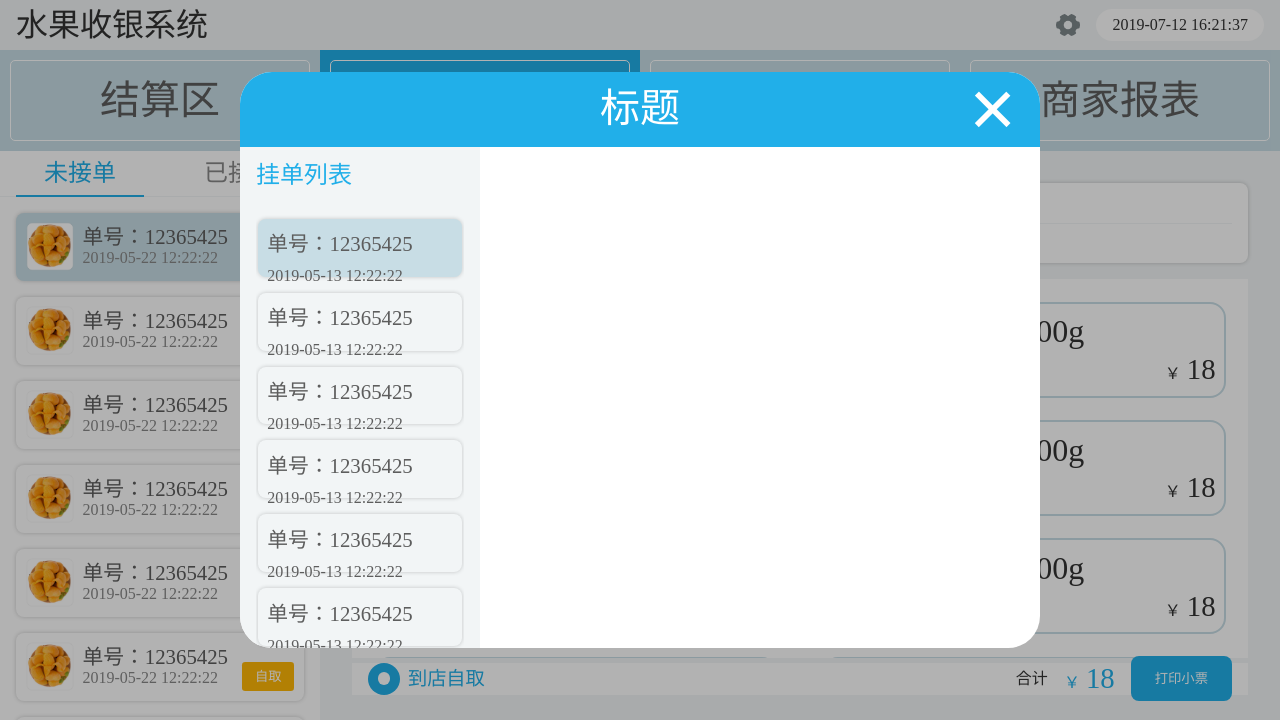
Repository: missing-star/fruit
Page: index.html
These files come from the project's save history. The page is drawn as it stood at one moment and after the next save; the edit follows.
The browser window is 1280 px wide. The pictures show the whole page.
An inner scrolling area shows only its first screen.

Above is the page before, as saved 2019-07-15 10:35:36.

### index.html
<!DOCTYPE html>
<html lang="en">

<head>
    <meta charset="UTF-8">
    <meta name="viewport" content="width=device-width, initial-scale=1.0">
    <meta http-equiv="X-UA-Compatible" content="ie=edge">
    <title>水果收银系统</title>
    <link rel="stylesheet" href="./css/index.css">
</head>

<body>
    <div id="app">
        <header class="title-bar">
            <p class="title">水果收银系统</p>
            <div class="right-part-show">
                <img src="./images/setting.png" alt="设置" class="setting-icon">
                <p class="show-current-time">{{currentTime}}</p>
            </div>
        </header>
        <ul class="category-tab">
            <li class="category-item" :class="{active:currentIndex == 0}" @click="switchTab(0)">
                <p class="category-title">结算区</p>
            </li>
            <li class="category-item" :class="{active:currentIndex == 1}" @click="switchTab(1)">
                <p class="category-title">线上订单</p>
            </li>
            <li class="category-item" :class="{active:currentIndex == 2}" @click="switchTab(2)">
                <p class="category-title">线下订单</p>
            </li>
            <li class="category-item" :class="{active:currentIndex == 3}" @click="switchTab(3)">
                <p class="category-title">商家报表</p>
            </li>
        </ul>
        <!-- 结算区 -->
        <div v-show="currentIndex == 0" class="main-content">
            <div class="operation-wrapper">
                <ul class="goods-list-wrapper">
                    <li v-for="n in 10" class="goods-item">
                        <div class="goods-pic-wrapper">
                            <span class="delete-icon pointer"></span>
                            <img src="./images/goods.png" class="goods-pic">
                        </div>
                        <div class="goods-detail">
                            <p class="goods-title">苹果</p>
                            <p class="goods-spec">规格：12元/250g</p>
                            <p class="goods-money">
                                <span class="goods-weight">重量357g</span>
                                <span class="goods-price">
                                    <i class="money-icon black">￥</i>
                                    <i class="money-number black">18</i>
                                </span>
                            </p>
                        </div>
                    </li>
                </ul>
                <div class="calculator-scope">
                    <div class="show-total-money">
                        <p class="total-title">共4件商品</p>
                        <p class="total-money">
                            <span class="money-title">合计</span>
                            <span class="show-money">
                                <i class="money-icon blue">￥</i>
                                <i class="money-number blue">54.00</i>
                            </span>
                        </p>
                    </div>
                    <div class="operation-group">
                        <div class="left-part">
                            <button class="order-list pointer">挂单列表</button>
                            <button class="go-order pointer">挂单</button>
                        </div>
                        <button class="right-part pointer">
                            结算
                        </button>
                    </div>
                </div>
            </div>
            <div class="goods-choice-wrapper">
                <ul class="goods-category-wrapper">
                    <li @click="switchSubTab(n-1)" :class="{active:subCurrentIndex == n-1}" v-for="n in 20"
                        class="goods-category-item pointer">
                        分类
                    </li>
                </ul>
                <ul class="goods-choice-list">
                    <li v-for="n in 20" class="goods-choice-item">
                        <img src="./images/goods.png" class="goods-show-pic">
                        <p class="goods-desc">
                            <span class="goods-name">小泰芒</span>
                            <span class="price-weight">23元 / 250g</span>
                        </p>
                    </li>
                </ul>
            </div>
        </div>
        <!-- 线上订单 -->
        <div v-show="currentIndex == 1" class="main-content">
            <div class="operation-wrapper">
                <ul class="tab-wrapper">
                    <li @click="switchOnlineTab(0)" :class="{active:onlineCurrentIndex == 0}" class="tab-item pointer">
                        未接单</li>
                    <li @click="switchOnlineTab(1)" :class="{active:onlineCurrentIndex == 1}" class="tab-item pointer">
                        已接单</li>
                </ul>
                <div class="order-list-wrapper">
                    <ul v-show="onlineCurrentIndex == 0" class="accept-wrapper">
                        <li @click="getOrderDetail(0,n)" v-for="n in 20" class="order-item pointer"
                            :class="{active:currentOrder == n && onlineCurrentIndex == 0}">
                            <img src="./images/goods.png" class="order-goods-pic">
                            <div class="order-detail">
                                <p class="order-number">单号：12365425</p>
                                <p class="order-date">2019-05-22 12:22:22</p>
                            </div>
                            <button class="post-way self">自取</button>
                        </li>
                    </ul>
                    <ul v-show="onlineCurrentIndex == 1" class="accept-wrapper">
                        <li @click="getOrderDetail(1,n)" v-for="n in 20" class="order-item pointer"
                            :class="{active:currentOrder == n && onlineCurrentIndex == 1}">
                            <img src="./images/goods.png" class="order-goods-pic">
                            <div class="order-detail">
                                <p class="order-number">单号：12365425</p>
                                <p class="order-date">2019-05-22 12:22:22</p>
                            </div>
                            <button class="post-way post">自取</button>
                        </li>
                    </ul>
                </div>
            </div>
            <div class="order-detail-wrapper">
                <!-- 倒三角 -->
                <div class="triangle"></div>
                <div class="user-info">
                    <div class="user-address info-part">
                        <img src="./images/location.png" class="location">
                        <div class="address-detail">
                            <p class="address">江苏省南京市江宁区泥塘小区2栋1306室</p>
                            <p class="user-detail">张三 13526987415</p>
                        </div>
                    </div>
                    <div class="user-comment info-part">
                        <p class="comment-title">备注</p>
                        <p class="user-detail">多放水果</p>
                    </div>
                </div>
                <ul class="order-detail-goods-list-wrapper">
                    <li v-for="n in 30" class="order-detail-goods-item">
                        <img src="./images/goods.png" class="order-detail-goods-pic">
                        <div class="order-detail-goods-detail">
                            <p class="title">小泰芒500g</p>
                            <p class="number-money">
                                <span class="goods-num">× 1</span>
                                <span class="goods-price">
                                    <i class="money-icon black">￥</i>
                                    <i class="money-number black">18</i>
                                </span>
                            </p>
                        </div>
                    </li>
                </ul>
                <div class="ticket-print-wrapper">
                    <div class="is-in-shop">
                        <div class="checkbox-wrapper">
                            <div class="checkbox-inner"></div>
                        </div>
                        <span class="check-titl">到店自取</span>
                    </div>
                    <div class="right-calculator">
                        <p class="calculator-title">合计</p>
                        <span class="goods-price">
                            <i class="money-icon blue">￥</i>
                            <i class="money-number blue">18</i>
                        </span>
                        <button class="print-action pointer" @click="printTick">打印小票</button>
                    </div>
                </div>
            </div>
        </div>
        <div v-show="currentIndex == 2" class="main-content">
            <div class="operation-wrapper">
                <ul class="tab-wrapper">
                    <li @click="switchOnlineTab(0)" :class="{active:onlineCurrentIndex == 0}" class="tab-item pointer">
                        未接单</li>
                    <li @click="switchOnlineTab(1)" :class="{active:onlineCurrentIndex == 1}" class="tab-item pointer">
                        已接单</li>
                </ul>
                <div class="order-list-wrapper">
                    <ul v-show="onlineCurrentIndex == 0" class="accept-wrapper">
                        <li @click="getOrderDetail(0,n)" v-for="n in 20" class="order-item pointer"
                            :class="{active:currentOrder == n && onlineCurrentIndex == 0}">
                            <img src="./images/goods.png" class="order-goods-pic">
                            <div class="order-detail">
                                <p class="order-number">单号：12365425</p>
                                <p class="order-date">2019-05-22 12:22:22</p>
                            </div>
                            <button class="post-way self">自取</button>
                        </li>
                    </ul>
                    <ul v-show="onlineCurrentIndex == 1" class="accept-wrapper">
                        <li @click="getOrderDetail(1,n)" v-for="n in 20" class="order-item pointer"
                            :class="{active:currentOrder == n && onlineCurrentIndex == 1}">
                            <img src="./images/goods.png" class="order-goods-pic">
                            <div class="order-detail">
                                <p class="order-number">单号：12365425</p>
                                <p class="order-date">2019-05-22 12:22:22</p>
                            </div>
                            <button class="post-way post">自取</button>
                        </li>
                    </ul>
                </div>
            </div>
            <div class="order-detail-wrapper">
                <!-- 倒三角 -->
                <div class="triangle"></div>
                <ul class="order-detail-goods-list-wrapper offline">
                    <li v-for="n in 30" class="order-detail-goods-item">
                        <img src="./images/goods.png" class="order-detail-goods-pic">
                        <div class="order-detail-goods-detail">
                            <p class="title">小泰芒500g</p>
                            <p class="number-money">
                                <span class="goods-num">× 1</span>
                                <span class="goods-price">
                                    <i class="money-icon black">￥</i>
                                    <i class="money-number black">18</i>
                                </span>
                            </p>
                        </div>
                    </li>
                </ul>
                <div class="ticket-print-wrapper offline">
                    <div class="right-calculator">
                        <p class="calculator-title">实付</p>
                        <span class="goods-price">
                            <i class="money-icon blue">￥</i>
                            <i class="money-number blue">18</i>
                        </span>
                        <button class="print-action pointer">查看付款码</button>
                    </div>
                </div>
            </div>
        </div>
        <div v-show="currentIndex == 3" class="main-content">

        </div>
        <!-- dialog -->
        <div class="dialog-wrapper" :class="{active:showDialog}">
            <div class="dialog-mask"></div>
            <div class="dialog-main-content" :class={active:showDialog}>
                <div class="dialog-title-wrapper">
                    <p class="dialog-title">标题</p>
                    <button @click="closeDialog" class="dialog-close pointer">×</button>
                </div>
                <!-- 挂单 -->
                <div class="order-list-wrapper dialog">
                    <div class="order-list-left">
                        <p class="order-list-title">挂单列表</p>
                        <ul class="order-list">
                            <li @click="getOrderDetailDialog(n)" v-for="n in 20" class="order-item dialog pointer" :class="{active:currentOrderDialog == n}">
                                <p class="order-number dialog">单号：12365425</p>
                                <p class="order-time dialog">2019-05-13 12:22:22</p>
                            </li>
                        </ul>
                    </div>
                    <!-- <ul class="order-detail-goods-list-wrapper">
                        <li v-for="n in 30" class="order-detail-goods-item">
                            <img src="./images/goods.png" class="order-detail-goods-pic">
                            <div class="order-detail-goods-detail">
                                <p class="title">小泰芒500g</p>
                                <p class="number-money">
                                    <span class="goods-num">× 1</span>
                                    <span class="goods-price">
                                        <i class="money-icon black">￥</i>
                                        <i class="money-number black">18</i>
                                    </span>
                                </p>
                            </div>
                        </li>
                    </ul> -->
                </div>
                <!-- 结算 -->
                <!-- 扫码 -->
            </div>
        </div>
    </div>
    <script src="https://cdn.bootcss.com/vue/2.6.10/vue.js"></script>
    <script src="./js/index.js"></script>
</body>

</html>

Loaded but not shown: js/index.js (63 lines, source omitted); css/index.css (758 lines, source omitted)

After the next save:
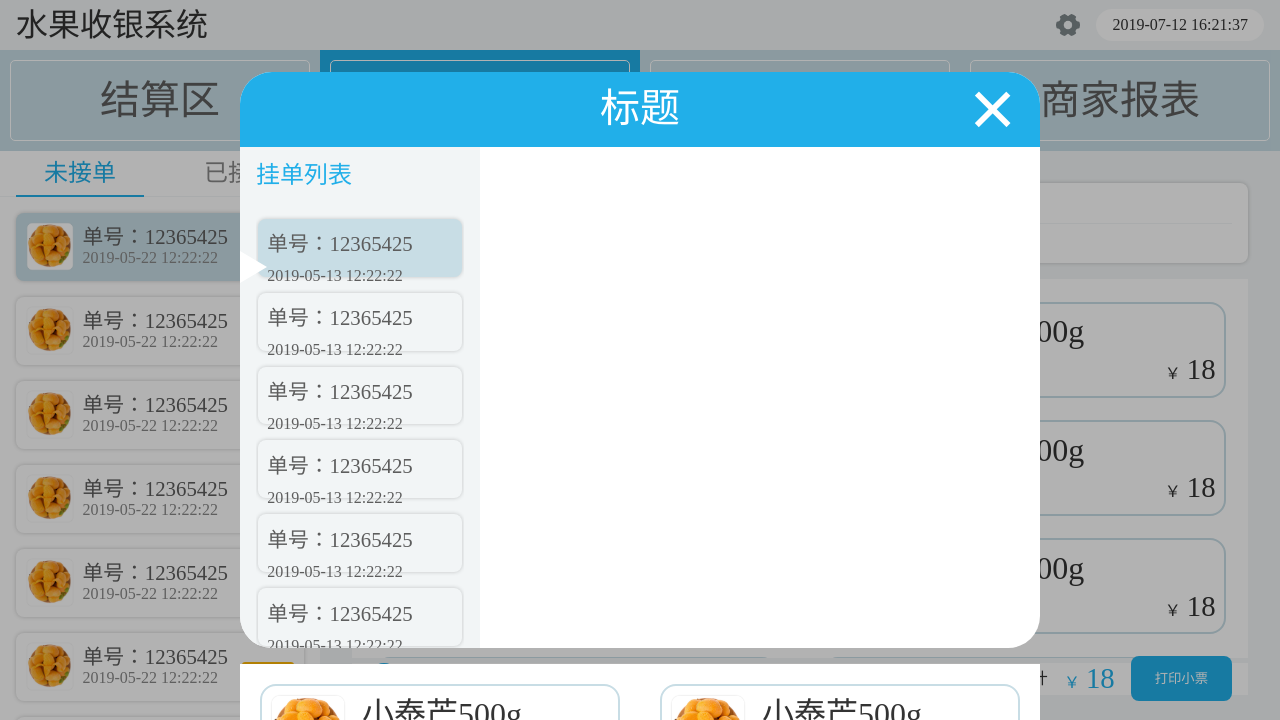
Saved 42 s later.
--- a/index.html
+++ b/index.html
@@ -256,13 +256,16 @@
                     <div class="order-list-left">
                         <p class="order-list-title">挂单列表</p>
                         <ul class="order-list">
-                            <li @click="getOrderDetailDialog(n)" v-for="n in 20" class="order-item dialog pointer" :class="{active:currentOrderDialog == n}">
+                            <li @click="getOrderDetailDialog(n)" v-for="n in 20" class="order-item dialog pointer"
+                                :class="{active:currentOrderDialog == n}">
                                 <p class="order-number dialog">单号：12365425</p>
                                 <p class="order-time dialog">2019-05-13 12:22:22</p>
                             </li>
                         </ul>
                     </div>
-                    <!-- <ul class="order-detail-goods-list-wrapper">
+                    <ul class="order-detail-goods-list-wrapper">
+                        <!-- 倒三角 -->
+                        <div class="triangle"></div>
                         <li v-for="n in 30" class="order-detail-goods-item">
                             <img src="./images/goods.png" class="order-detail-goods-pic">
                             <div class="order-detail-goods-detail">
@@ -276,7 +279,7 @@
                                 </p>
                             </div>
                         </li>
-                    </ul> -->
+                    </ul>
                 </div>
                 <!-- 结算 -->
                 <!-- 扫码 -->
